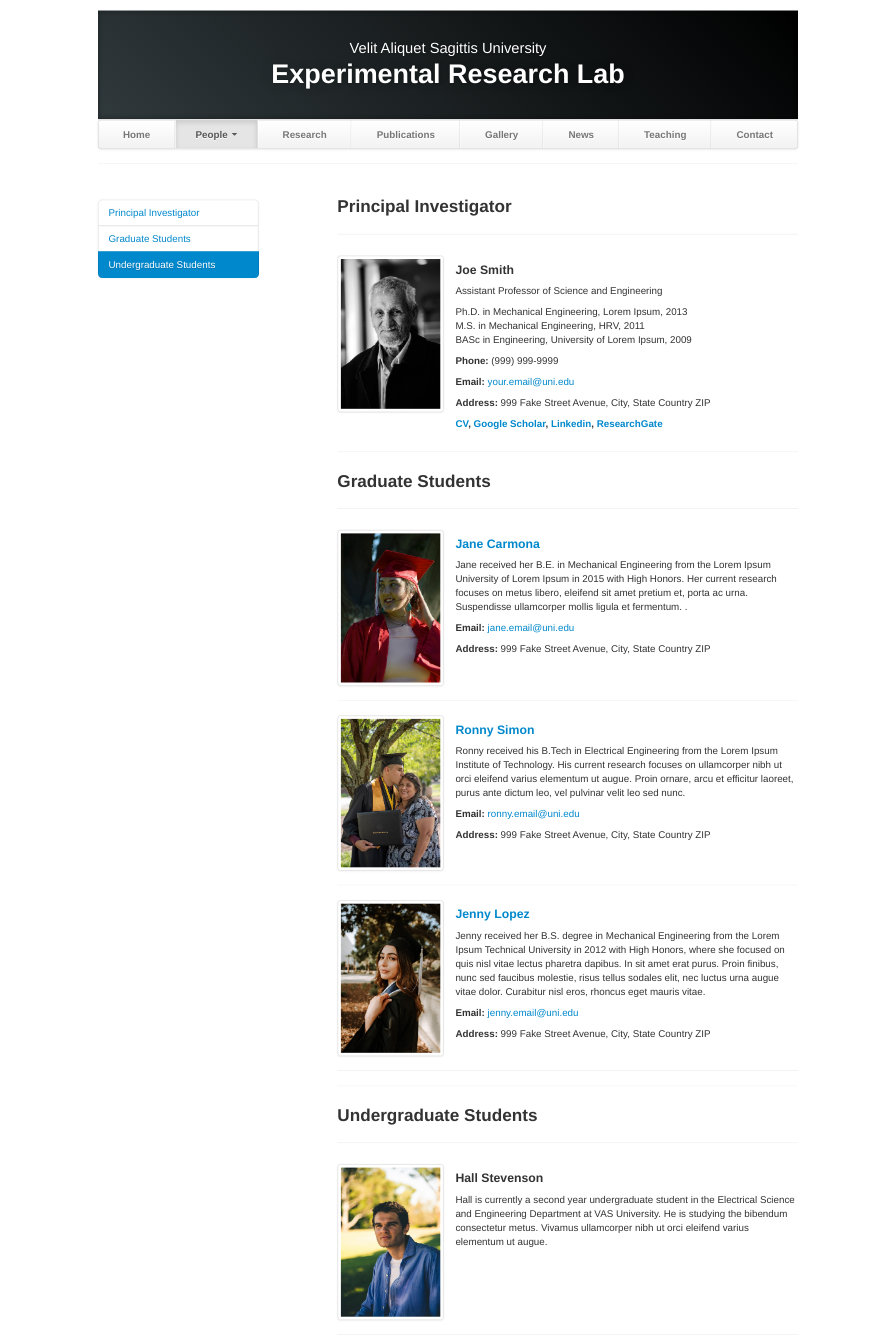
Repository: IAEUC/iaeuc.github.io
Page: people.html
These files come from the project's save history. The page is drawn as it stood at one moment and after the next save; the edit follows.
The browser window is 1280 px wide. The pictures show the part of the page from y = 0 to 1920 px (the page is 3951 px tall), at 70% of full size.

Above is the page before, as saved 2025-08-07 17:38:36.

### people.html
<!DOCTYPE html>
<html lang="en">
   <head>
      <meta charset="utf-8">
      <title>People</title>
      <meta name="viewport" content="width=device-width, initial-scale=1.0">
      <meta name="description" content="Research Lab, Home, Velit Aliquet Sagittis University">
      <meta name="author" content="">
      <!-- Le styles -->
      <link href="css/bootstrap.min.css" rel="stylesheet">
      <link href="css/bootstrap-responsive.min.css" rel="stylesheet">
      <link href="css/theme.css" rel="stylesheet">
   </head>
   <body>
      <div class="container">
         <header class="jumbotron subhead" id="overview">
            <p class="lead"> Velit Aliquet Sagittis University </p>
            <h1>Experimental Research Lab</h1>
         </header>
         <div class="masthead">
            <div class="navbar">
               <div class="navbar-inner">
                  <div class="container">
                     <ul class="nav">
                        <li><a href="index.html">Home</a></li>
                        <li class="dropdown active">
                           <a href="#" class="dropdown-toggle" data-toggle="dropdown">People <b class="caret"></b></a>
                           <ul class="dropdown-menu">
                              <li><a href="people.html">All People</a></li>
                              <li><a href="people.html#principalinvestigator">Principal Investigator</a></li>
                              <li><a href="people.html#graduate">Graduate Students</a></li>
                              <li><a href="people.html#undergraduate">Undergraduate Students</a></li>
                           </ul>
                        </li>
                        <li><a href="research.html">Research</a></li>
                        <li><a href="publications.html">Publications</a></li>
                        <li><a href="gallery.html">Gallery</a></li>
                        <li><a href="news.html">News</a></li>
                        <li><a href="teaching.html">Teaching</a></li>
                        <li><a href="contact.html">Contact</a></li>
                     </ul>
                  </div>
               </div>
            </div>
         </div>
         <hr>
         <div class="row-fluid">
            <div class="span3 bs-docs-sidebar" id="navparent">
               <ul class="nav nav-list bs-docs-sidenav" data-spy="affix" data-offset-top="200" data-offset-bottom="260">
                  <li><a href="#principalinvestigator"> Principal Investigator </a></li>
                  <li><a href="#graduate">Graduate Students</a></li>
                  <li><a href="#undergraduate">Undergraduate Students</a></li>
               </ul>
            </div>
            <div class="span8 offset1">
               <section id="principalinvestigator">
                  <div class="page-header">
                     <h3>Principal Investigator</h3>
                  </div>
                  <div class="row-fluid">
                     <div class="span3">
                        <a href="https://unsplash.com/photos/aCZ2hiC-iDk" class="thumbnail">
                        <img src="thumbs/prof-photo2.jpg" alt="Joe Smith"/>
                        </a>
                     </div>
                     <div class="span9">
                        <h4>Joe Smith</h4>
                        <p>Assistant Professor of Science and Engineering</p>
                        <p>Ph.D. in Mechanical Engineering, Lorem Ipsum, 2013<br/>M.S. in Mechanical Engineering, HRV, 2011<br/>BASc in Engineering, University of Lorem Ipsum, 2009</p>
                        <p><b>Phone: </b>(999) 999-9999 </p>
                        <p><b>Email: </b><a href="mailto:your.email@uni.edu">your.email@uni.edu</a></p>
                        <p><b>Address: </b>999 Fake Street Avenue, City, State Country ZIP</p>
                        <p><b><a href="https://www.myperfectcv.co.uk/cv-examples/chemistry-lab-technician-cv-sample">CV</a>, <a href="http://scholar.google.com">Google Scholar</a>, <a href="https://www.linkedin.com">Linkedin</a>, <a href="http://www.researchgate.net">ResearchGate</a></b></p>
                     </div>
                  </div>
               </section>
               <hr>
               <section id="graduate">
                  <div class="page-header">
                     <h3>Graduate Students</h3>
                  </div>
                  <div class="row-fluid">
                     <div class="span3">
                        <a href="https://unsplash.com/photos/aaaGLiTRqkg" class="thumbnail">
                        <img src="thumbs/jane-carmona.jpg" alt="Jane Carmona"/>
                        </a>
                     </div>
                     <div class="span9">
                        <h4><a href="https://unsplash.com/photos/aaaGLiTRqkg">Jane Carmona</a></h4>
                        <p>Jane received her B.E. in Mechanical Engineering from the Lorem Ipsum University of Lorem Ipsum in 2015 with High Honors. Her current research focuses on metus libero, eleifend sit amet pretium et, porta ac urna. Suspendisse ullamcorper mollis ligula et fermentum. .</p>
                        <p><b>Email: </b><a href="mailto:jane.email@uni.edu">jane.email@uni.edu</a></p>
                        <p><b>Address: </b>999 Fake Street Avenue, City, State Country ZIP</p>
                     </div>
                  </div>
                  <hr>
                  <div class="row-fluid">
                     <div class="span3">
                        <a href="https://unsplash.com/photos/LUdelQ2EO2g" class="thumbnail">
                        <img src="thumbs/ronny-sison.jpg" alt="Ronny Simon"/>
                        </a>
                     </div>
                     <div class="span9">
                        <h4><a href="https://unsplash.com/photos/LUdelQ2EO2g">Ronny Simon</a></h4>
                        <p>Ronny received his B.Tech in Electrical Engineering from the Lorem Ipsum Institute of Technology. His current research focuses on ullamcorper nibh ut orci eleifend varius elementum ut augue. Proin ornare, arcu et efficitur laoreet, purus ante dictum leo, vel pulvinar velit leo sed nunc. </p>
                        <p><b>Email: </b><a href="mailto:ronny.email@uni.edu">ronny.email@uni.edu</a></p>
                        <p><b>Address: </b>999 Fake Street Avenue, City, State Country ZIP</p>
                     </div>
                  </div>
                  <hr>
                  <div class="row-fluid">
                     <div class="span3">
                        <a href="https://unsplash.com/photos/nomivMNW07o" class="thumbnail">
                        <img src="thumbs/graduate-1.jpg" alt="Jenny Lopez"/>
                        </a>
                     </div>
                     <div class="span9">
                        <h4><a href="https://unsplash.com/photos/nomivMNW07o">Jenny Lopez</a></h4>
                        <p>Jenny received her B.S. degree in Mechanical Engineering from the Lorem Ipsum Technical University in 2012 with High Honors, where she focused on quis nisl vitae lectus pharetra dapibus. In sit amet erat purus. Proin finibus, nunc sed faucibus molestie, risus tellus sodales elit, nec luctus urna augue vitae dolor. Curabitur nisl eros, rhoncus eget mauris vitae.</p>
                        <p><b>Email: </b><a href="mailto:jenny.email@uni.edu">jenny.email@uni.edu</a></p>
                        <p><b>Address: </b>999 Fake Street Avenue, City, State Country ZIP</p>
                     </div>
                  </div>
                  <hr>
               </section>
               <hr>
               <section id="undergraduate">
                  <div class="page-header">
                     <h3>Undergraduate Students</h3>
                  </div>
                  <div class="row-fluid">
                     <div class="span3">
                        <a href="https://unsplash.com/photos/unr5ZqXXvqU" class="thumbnail">
                        <img src="thumbs/undergrad-1.jpg" alt="Hall Stevenson"/>
                        </a>
                     </div>
                     <div class="span9">
                        <h4>Hall Stevenson</h4>
                        <p>Hall is currently a second year undergraduate student in the Electrical Science and Engineering Department at VAS University. He is studying the bibendum consectetur metus. Vivamus ullamcorper nibh ut orci eleifend varius elementum ut augue.</p>
                     </div>
                  </div>
                  <hr>
                  <div class="row-fluid">
                     <div class="span3">
                        <a href="https://unsplash.com/photos/GIy2ly37Kw8" class="thumbnail">
                        <img src="thumbs/graduate-2.jpg" alt="Simon Singh"/>
                        </a>
                     </div>
                     <div class="span9">
                        <h4>Simon Singh</h4>
                        <p>Simon is currently a second year undergraduate student in the Lorem Ipsum and Engineering Department at VAS University. He is working on rhoncus euismod tortor, ac lobortis tortor vestibulum sed. Ut in aliquam sapien. </p>
                     </div>
                  </div>
                  <hr>
                  <div class="row-fluid">
                     <div class="span3">
                        <a href="https://unsplash.com/photos/dju4--IW7Qw" class="thumbnail">
                        <img src="thumbs/graduate-3.jpg" alt="Tim Johnson"/>
                        </a>
                     </div>
                     <div class="span9">
                        <h4>Tim Johnson</h4>
                        <p>Tim is currently a second year undergraduate student in the Engineering Science Department at VAS University. He is currently studying sodales elit nec luctus urna augue vitae dolor. </p>
                     </div>
                  </div>
                  <hr>
                  <div class="row-fluid">
                     <div class="span3">
                        <a href="https://unsplash.com/photos/lEMHg4RFTW8" class="thumbnail">
                        <img src="thumbs/graduate-4.jpg" alt="Simona Alexander"/>
                        </a>
                     </div>
                     <div class="span9">
                        <h4>Simona Alexander</h4>
                        <p>Simona is currently a senior in the Lorem Ipsum Department at VAS. She is studying rhoncus eget mauris vitae, malesuada suscipit neque. Ut congue imperdiet lobortis. </p>
                     </div>
                  </div>
                  <hr>
                  <div class="row-fluid">
                     <div class="span3">
                        <a href="https://unsplash.com/photos/Nyt7CeiNXQw" class="thumbnail">
                        <img src="thumbs/graduate-5.jpg" alt="Zahima Sari"/>
                        </a>
                     </div>
                     <div class="span9">
                        <h4>Zahima Sari</h4>
                        <p>Zahima is currently a third year undergraduate student in the Lorem Ipsum Engineering Department at VAS. She is modling the dynamics tincidunt, odio non suscipit condimentum, neque diam viverra risus, vel tincidunt elit massa eu nulla. </p>
                     </div>
                  </div>
                  <hr>
                  <div class="row-fluid">
                     <div class="span3">
                        <a href="https://unsplash.com/photos/fNZfMhyd8Hs" class="thumbnail">
                        <img src="thumbs/graduate-6.jpg" alt="Alissa Zhi"/>
                        </a>
                     </div>
                     <div class="span9">
                        <h4>Alissa Zhi</h4>
                        <p>Alissa is currently a first year undergraduate student in the Science and Engineering Department at VAS. She is studying techniques to improve tempus pellentesque ex, et sollicitudin nunc faucibus vel. Suspendisse condimentum feugiat arcu, vitae pretium enim tempus eget.</p>
                     </div>
                  </div>
                  <hr>
                  <div class="row-fluid">
                     <div class="span3">
                        <a href="https://unsplash.com/photos/WC7KIHo13Fc" class="thumbnail">
                        <img src="thumbs/graduate-7.jpg" alt="David Tohm"/>
                        </a>
                     </div>
                     <div class="span9">
                        <h4>David Tohm</h4>
                        <p>David is currently a third year undergraduate student in the Science and Engineering Department at VAS. He is studying dui diam, pellentesque vel ullamcorper non, dictum eu tellus.</p>
                     </div>
                  </div>
                  <hr>
                  <div class="row-fluid">
                     <div class="span3">
                        <a href="https://unsplash.com/photos/APmln0DMSac" class="thumbnail">
                        <img src="thumbs/graduate-8.jpg" alt="Jessica Smith"/>
                        </a>
                     </div>
                     <div class="span9">
                        <h4>Jessica Smith</h4>
                        <p>Jessica is currently a second year undergraduate student in the Mechanical Engineering Department at VAS. She is studying Fusce et ullamcorper sapien. Integer tristique magna sed tellus faucibus imperdiet facilisis et quam.</p>
                     </div>
                  </div>
               </section>
            </div>
         </div>
      </div>
      <footer id="footer">
         <div class="container-fluid">
            <div class="row-fluid">
               <div class="span5">
                  <h3>Contact Information</h3>
                  <p><b>Office Hours: </b>Monday-Friday (8.00am - 5.00pm)</p>
                  <p><b>Phone: </b>999-999-9999</p>
                  <p><b>Cell: </b>999-999-9999</p>
                  <a href="mailto:your.email@uni.edu">Email</a>
               </div>
               <div class="span2">
                  <a href="https://mybrandnewlogo.com/"><img src = "thumbs/generic-logo.JPG" alt="research-lab-logo"/></a>
               </div>
               <div class="span5">
                  <h3>Address</h3>
                  <p>9999 Generic Research Laboratory<br>
                     999 Fake Street Avenue<br>
                     City, State<br>
                     Country ZIP
                  </p>
                  <a href="http://maps.google.com/">Show Map</a>
               </div>
            </div>
         </div>
      </footer>

      <!-- Le javascript
         ================================================== -->
      <!-- Placed at the end of the document so the pages load faster -->
      <script src="js/jquery-1.9.1.min.js"></script>
      <script src="js/bootstrap.min.js"></script>
      <script>
         $(document).ready(function() {
             $(document.body).scrollspy({
                 target: "#navparent"
             });
         });

      </script>
   </body>
</html>

Loaded but not shown: css/bootstrap.min.css (library); css/bootstrap-responsive.min.css (library); js/jquery-1.9.1.min.js (library); js/bootstrap.min.js (library); css/theme.css (552 lines, source omitted)

After the next save:
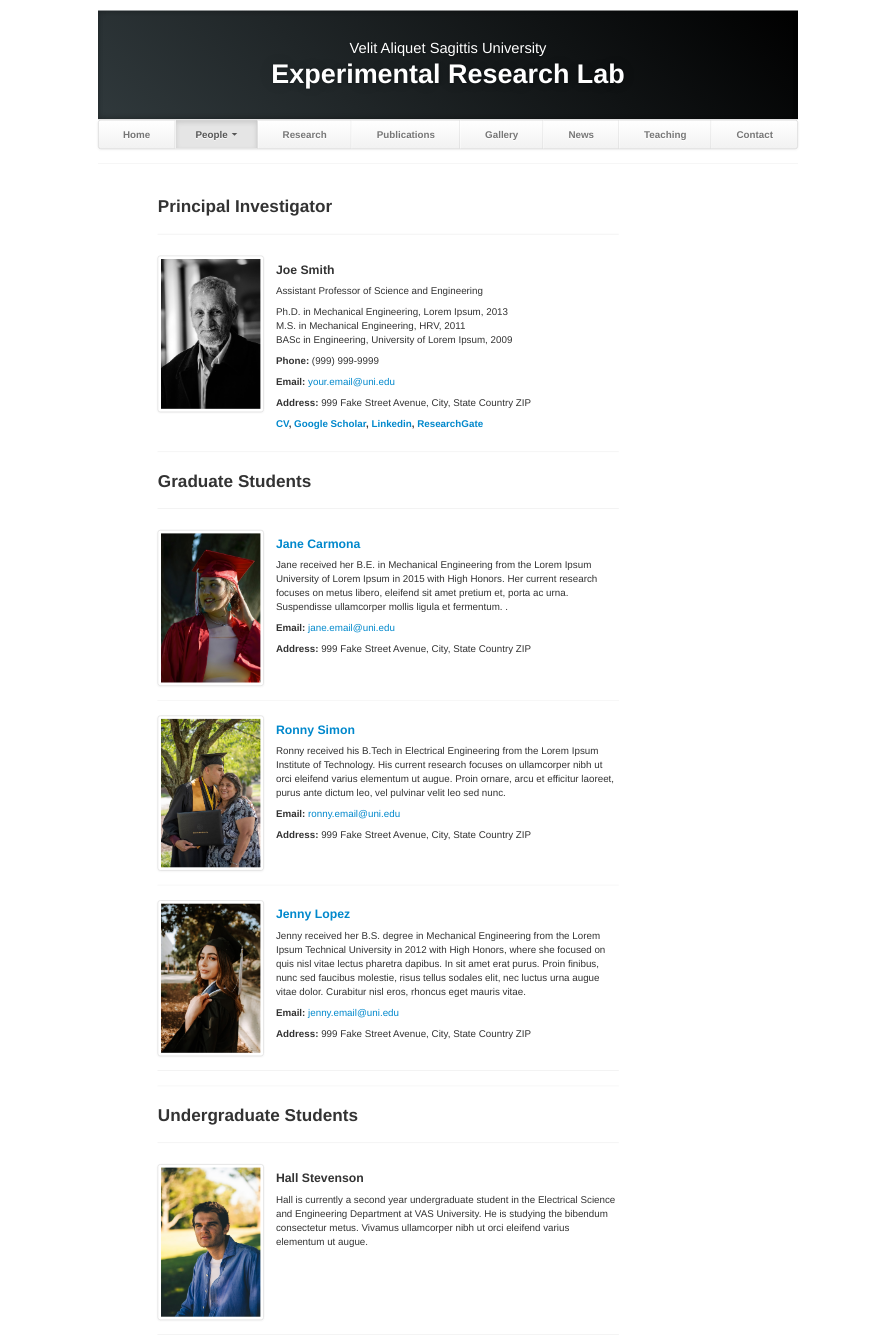
Saved 86 s later.
--- a/people.html
+++ b/people.html
@@ -45,13 +45,7 @@
          </div>
          <hr>
          <div class="row-fluid">
-            <div class="span3 bs-docs-sidebar" id="navparent">
-               <ul class="nav nav-list bs-docs-sidenav" data-spy="affix" data-offset-top="200" data-offset-bottom="260">
-                  <li><a href="#principalinvestigator"> Principal Investigator </a></li>
-                  <li><a href="#graduate">Graduate Students</a></li>
-                  <li><a href="#undergraduate">Undergraduate Students</a></li>
-               </ul>
-            </div>
+
             <div class="span8 offset1">
                <section id="principalinvestigator">
                   <div class="page-header">
